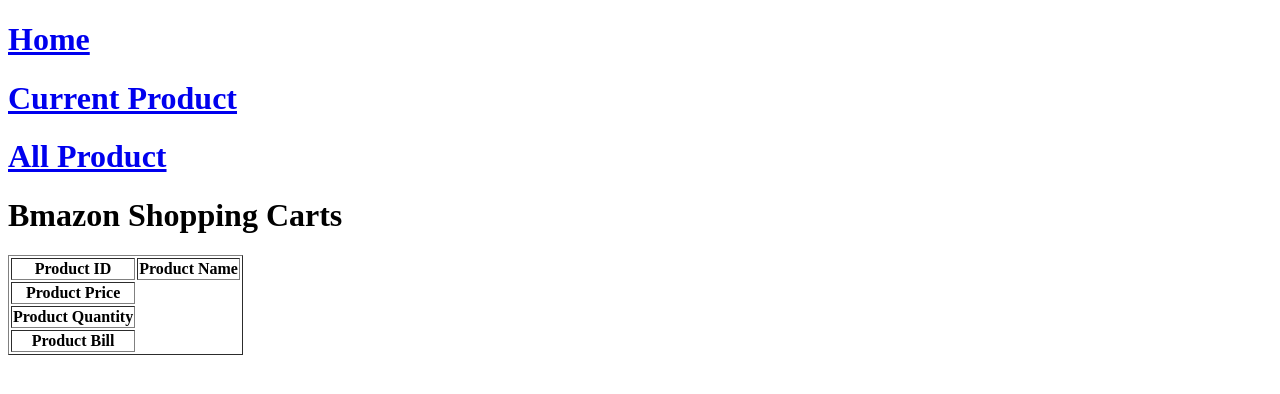
Repository: shivendra05/WebService_SpringRest
Page: http://localhost/23_MVC_JPA/WEB-INF/views/usersData.jsp
An editor plug-in stored every save of this project. The page is shown before and after the next save, followed by the edit.
The browser window is 1280 px wide. The pictures show the whole page.
The page is served by Tomcat 9. Nobody is signed in. Other server files are loaded and not shown. The template is opened directly, without the code that normally fills it, so the values that code supplies are empty.

Above is the page before, as saved 2021-12-07 12:46:45.

### SpringBoot@7AM/23_MVC_JPA/src/main/webapp/WEB-INF/views/usersData.jsp
<%@ page language="java" contentType="text/html; charset=ISO-8859-1"
	pageEncoding="ISO-8859-1" isELIgnored="false"%>
<%@taglib prefix="c" uri="http://java.sun.com/jsp/jstl/core"%>
<!DOCTYPE html>
<html>
<head>
<meta charset="ISO-8859-1">
<title>Insert title here</title>
</head>

<span>
 <h1><a href="productHome">Home</a></h1>
 <h1><a href="userRegister">Current Product</a></h1>
 <h1><a href="all">All Product</a></h1>
</span>
<body>
	<h1>Bmazon Shopping Carts</h1>

	<table border="1">
		<tr>
		<th>Product ID</th>
		<th>Product Name</tr>
		<th>Product Price</tr>
		<th>Product Quantity</tr>
		<th>Product Bill</tr>
		<c:forEach items="${prodList}" var="list">
			<tr>
				<td>${list.name}</td>
				<td>${list.qty}</td>
				<td>${list.gst}</td>
				<td>${list.bill}</td>
				<td>${list.price}</td>
			</tr>
		</c:forEach>
	</table>

</body>
</html>

After the next save:
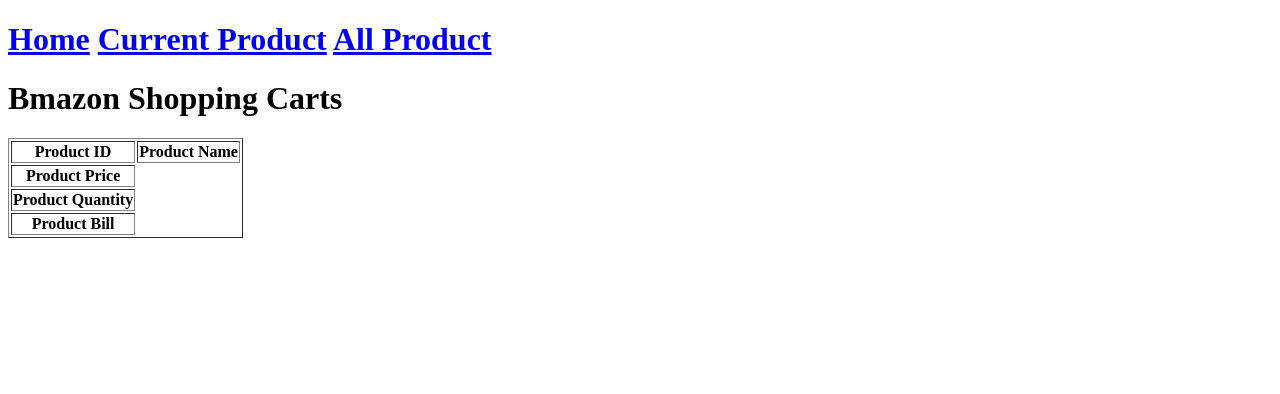
Saved 32 s later.
--- a/SpringBoot@7AM/23_MVC_JPA/src/main/webapp/WEB-INF/views/usersData.jsp
+++ b/SpringBoot@7AM/23_MVC_JPA/src/main/webapp/WEB-INF/views/usersData.jsp
@@ -9,9 +9,9 @@
 </head>
 
 <span>
- <h1><a href="productHome">Home</a></h1>
- <h1><a href="userRegister">Current Product</a></h1>
- <h1><a href="all">All Product</a></h1>
+ <h1><a href="productHome">Home</a>
+ <a href="userRegister">Current Product</a>
+ <a href="all">All Product</a></h1>
 </span>
 <body>
 	<h1>Bmazon Shopping Carts</h1>
